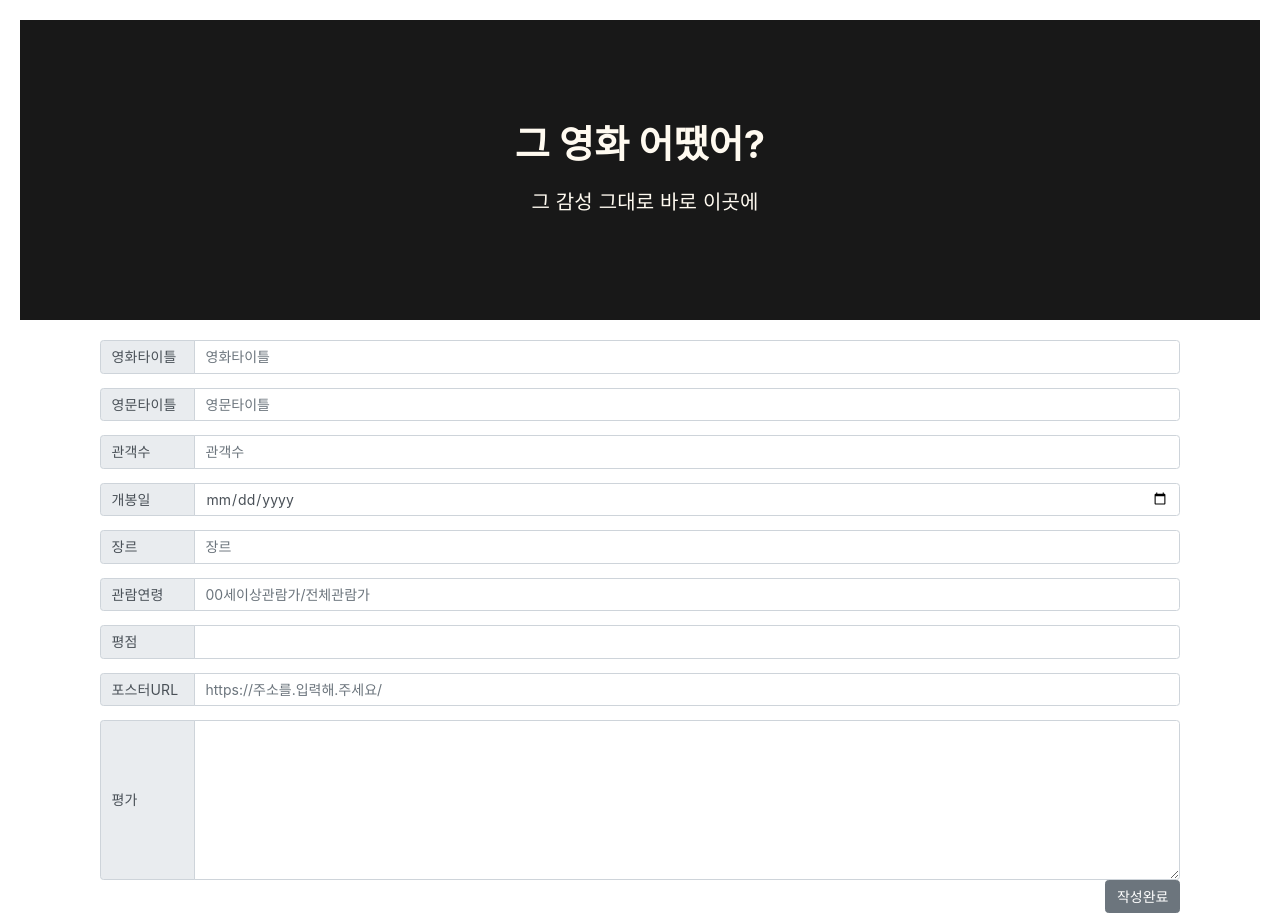
Repository: JungSWon/Project
Page: templates/new.html
The author's editor kept a record of every edit. The page is drawn from the files as they stood at one moment, then again after the next edit.
The browser window is 1280 px wide. The pictures show the whole page.
Some web libraries are served in a nearby version. The template is drawn by Flask 3. The application's start-up code is not run. Other server files are loaded and not shown. The template is opened directly, without the code that normally fills it, so the values that code supplies are empty.

Above is the page before.

### 04_CRUD/templates/new.html
<!DOCTYPE html>
<html lang="ko">
<head>
    <meta charset="UTF-8">
    <meta name="viewport" content="width=device-width, initial-scale=1.0">
    <meta http-equiv="X-UA-Compatible" content="ie=edge">
    <link rel="stylesheet" href="https://stackpath.bootstrapcdn.com/bootstrap/4.2.1/css/bootstrap.min.css" integrity="sha384-GJzZqFGwb1QTTN6wy59ffF1BuGJpLSa9DkKMp0DgiMDm4iYMj70gZWKYbI706tWS" crossorigin="anonymous">
    <script src="https://code.jquery.com/jquery-3.3.1.slim.min.js" integrity="sha384-q8i/X+965DzO0rT7abK41JStQIAqVgRVzpbzo5smXKp4YfRvH+8abtTE1Pi6jizo" crossorigin="anonymous"></script>
    <script src="https://cdnjs.cloudflare.com/ajax/libs/popper.js/1.14.6/umd/popper.min.js" integrity="sha384-wHAiFfRlMFy6i5SRaxvfOCifBUQy1xHdJ/yoi7FRNXMRBu5WHdZYu1hA6ZOblgut" crossorigin="anonymous"></script>
    <script src="https://stackpath.bootstrapcdn.com/bootstrap/4.2.1/js/bootstrap.min.js" integrity="sha384-B0UglyR+jN6CkvvICOB2joaf5I4l3gm9GU6Hc1og6Ls7i6U/mkkaduKaBhlAXv9k" crossorigin="anonymous"></script>
    <link href="https://fonts.googleapis.com/css?family=Gothic+A1:400,700,900|Roboto+Mono:400,500,700" rel="stylesheet">
    <link rel="stylesheet" type="text/css" href="/static/css/style.css" media="screen" />
    <title>list in DB</title>
</head>






<body>
<!--
    <form action='/movies/create' method = "POST">
        <div class="form-group">
        title: <input type='text' name='title'><br>
        title_en: <input type='text' name='title_en'><br>
        audience: <input type='number' min=0 name='audience'><br>
        open_date: <input type='date' name='open_date'><br>
        genre: <input type='text' name='genre'><br>
        watch_grade: <input type='text' name='watch_grade'><br>
        score: <input type='number' name='score' max=5 min=0 step=0.5><br>
        poster_url: <input type='text' name='poster_url'><br>
        description:<br> <textarea class="form-control" rows="5" name='description'></textarea>
        <br>
        </div>
        <button type="submit" class="btn btn-primary">Form Submit</button>
    </form>
-->
    <section id='cover'>
        <div class="container">
            <div class="col">
                <h3 class="cover-title">
                    그 영화 어땠어?
                </h3>
                <a class="cover-text"> 그 감성 그대로 바로 이곳에</a>
            </div>
        </div>
    </section>

    <form action='/movies/create' method = "POST">
        <div class="container">
            <div class="col">
            <!--아래로 코멘트 생성 -->
                <!--타이틀-->
                <div class="input-group mb-3">
                    <div class="input-group-prepend">
                        <span class="input-group-text" id="basic-addon1">영화타이틀</span>
                    </div>
                    <input type="text" class="form-control" placeholder="영화타이틀" name='title' aria-describedby="basic-addon1">
                </div>
                <!--영문타이틀-->
                <div class="input-group mb-3">
                    <div class="input-group-prepend">
                        <span class="input-group-text" id="basic-addon2">영문타이틀</span>
                    </div>
                    <input type="text" class="form-control" placeholder="영문타이틀" name='title_en' aria-label="Recipient's username" aria-describedby="basic-addon2">
                </div>
                <!--관객수-->
                <div class="input-group mb-3">
                    <div class="input-group-prepend">
                        <span class="input-group-text" id="basic-addon1">관객수</span>
                    </div>
                    <input type="number"  min=0 class="form-control" placeholder="관객수" name='audience' aria-describedby="basic-addon1">
                </div>
                <!--개봉일-->
                <div class="input-group mb-3">
                    <div class="input-group-prepend">
                        <span class="input-group-text" id="basic-addon1">개봉일</span>
                    </div>
                    <input type="date" class="form-control" name='open_date' aria-describedby="basic-addon1">
                </div>
                <!--장르-->
                <div class="input-group mb-3">
                    <div class="input-group-prepend">
                        <span class="input-group-text" id="basic-addon2">장르</span>
                    </div>
                    <input type="text" class="form-control" placeholder="장르" name='genre' aria-label="Recipient's username" aria-describedby="basic-addon2">
                </div>
                <!--관람연령-->
                <div class="input-group mb-3">
                    <div class="input-group-prepend">
                        <span class="input-group-text" id="basic-addon2">관람연령</span>
                    </div>
                    <input type="text" class="form-control" placeholder="00세이상관람가/전체관람가" name='watch_grade' aria-label="Recipient's username" aria-describedby="basic-addon2">
                </div>
                <!--별점-->
                <div class="input-group mb-3">
                    <div class="input-group-prepend">
                        <span class="input-group-text" id="basic-addon2">평점</span>
                    </div>
                    <input type="number" max=5 min=0 step=0.5 class="form-control" name='score' aria-label="Recipient's username" aria-describedby="basic-addon2">
                </div>
                <!--포스터URL-->
                <div class="input-group mb-3">
                    <div class="input-group-prepend">
                        <span class="input-group-text" id="basic-addon2"> 포스터URL</span>
                    </div>
                    <input type="text" class="form-control" placeholder="https://주소를.입력해.주세요/" name='poster_url' aria-label="Recipient's username" aria-describedby="basic-addon2">
                </div>


                <!--평가-->
                <div class="input-group">
                    <div class="input-group-prepend">
                        <span class="input-group-text">평가</span>
                    </div>
                    <textarea class="form-control" name='description' rows='7' aria-label="With textarea"></textarea>
                </div>
            <!--코멘트 인풋 그룹 끝-->
                <div align="right" class="fin_btn" role="group" aria-label="Basic example" >
                    <button type="submit" class="btn btn-secondary">작성완료</button>
                </div>

            </div>
        </div>
    </form>


</body>
</html>

### 04_CRUD/static/css/style.css
html{
    font-size: 14px;
    font-family: 'Gothic A1', sans-serif;
    font-family: 'Roboto Mono', monospace;
    color: #181818;
    letter-spacing: 0.01em;
}

#cover{
    display: flex;
    justify-content: flex-start;
    align-items: center;
    margin: 20px;
    padding: 20px;
    height: 300px;
    background-size: cover;
    background-color: #181818;
    background-position: center center;
    color: floralwhite;
}

.cover-title{
    font-size: 38px;
    line-height: 1.15;
    font-weight: 650;
    margin-bottom: 20px;
    display: flex;
    justify-content: center;
}
.cover-text{
    font-size: 20px;
    line-height: 1.5;
    display: flex;
    justify-content: center;
    font-weight: 200;
    margin-left: 10px;
}


.input-group-text{
    width: 95px;
}

.fin .btn {
    padding: 4.5rem 1rem;
    font-size: 1.25rem;
    line-height: 2.5;
    border-radius: 1.3rem;
    margin-top: 3rem;
}

.btn_base{
    display: flex;
    justify-content: center;
    align-items: center;
    margin: 40px;
}

.jumbotron{
    margin-top: 50px;
}

.show_btn {
    margin-top: 100px;
}

.show_btn {
    margin-top: 40px;
}

After the next edit:
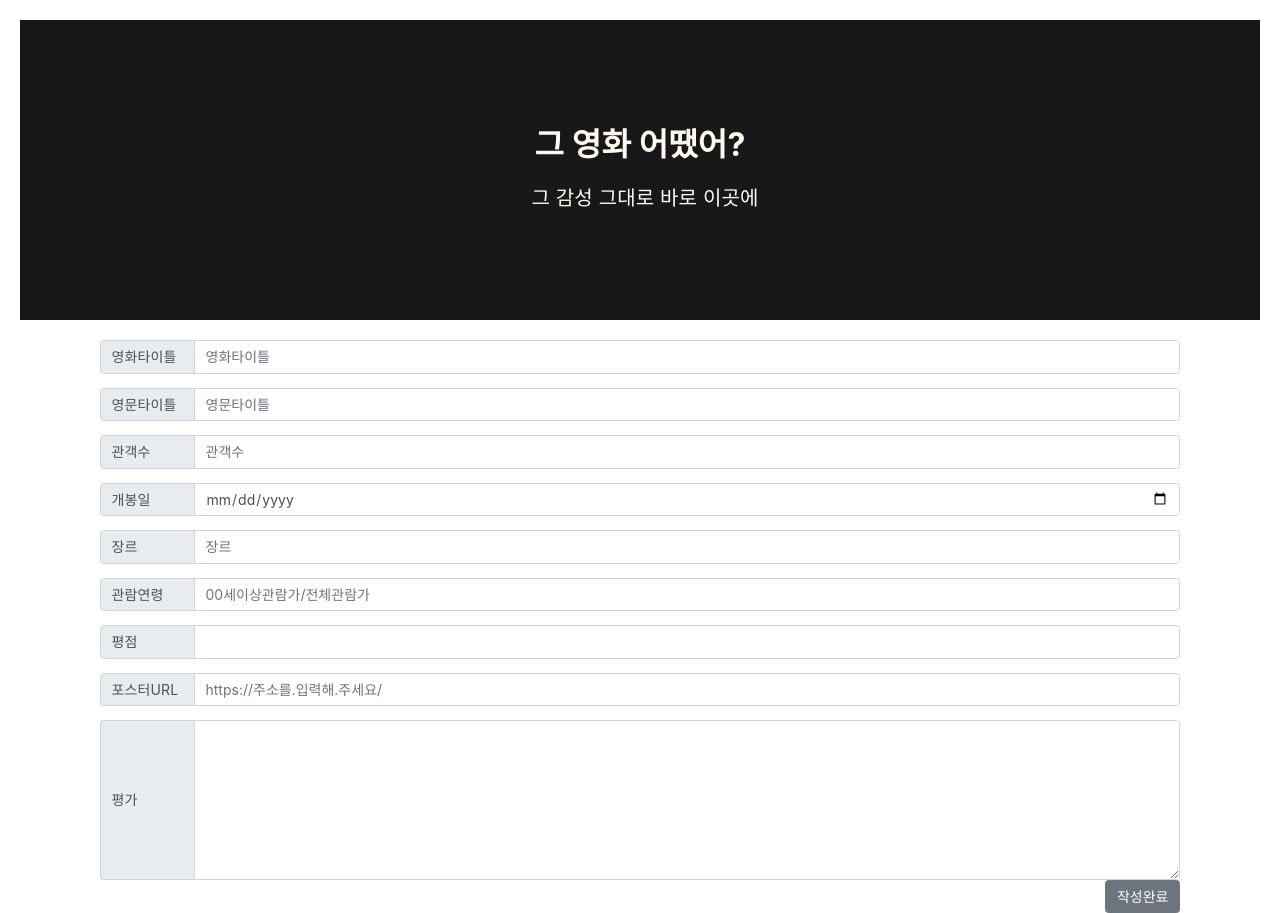
The edit:
--- a/04_CRUD/static/css/style.css
+++ b/04_CRUD/static/css/style.css
@@ -20,7 +20,7 @@
 }
 
 .cover-title{
-    font-size: 38px;
+    font-size: 32px;
     line-height: 1.15;
     font-weight: 650;
     margin-bottom: 20px;
